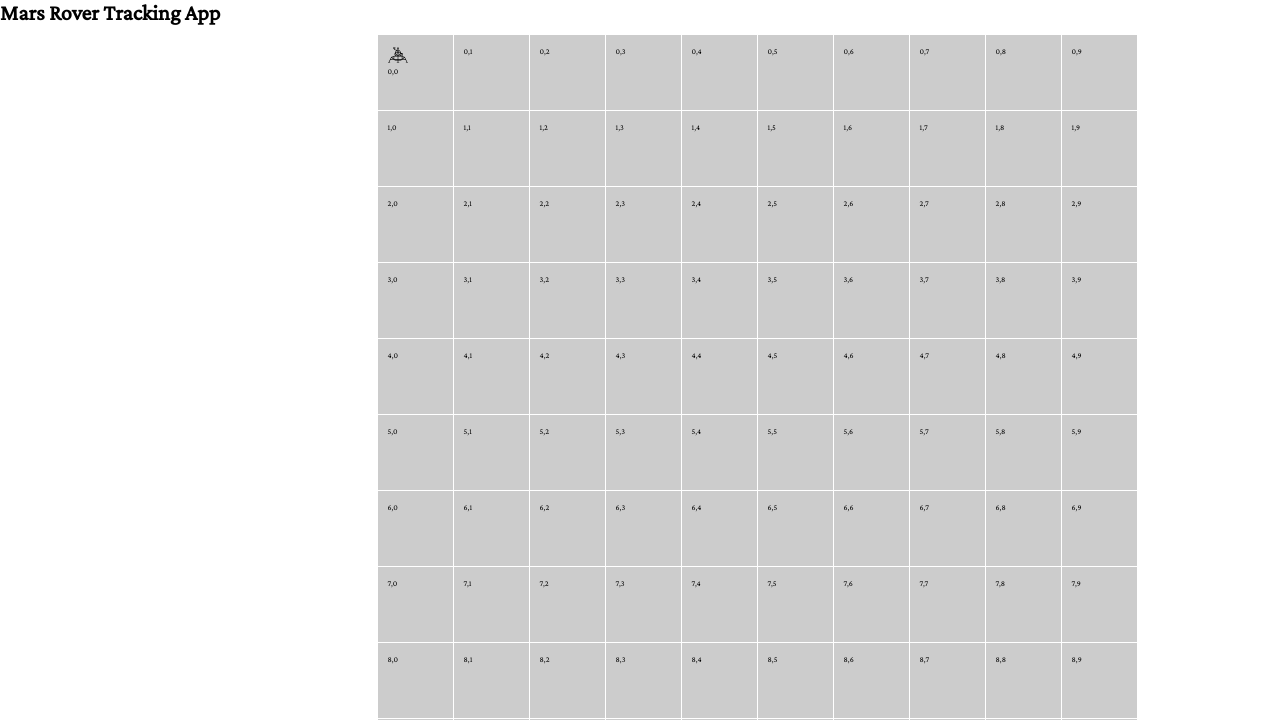
Repository: madhurisandbhor/Rover-Tracking-App
Page: /
These files come from the project's save history. The page is drawn as it stood at one moment and after the next save; the edit follows.
The browser window is 1280 px wide. The pictures show the whole page.
An inner scrolling area shows only its first screen. The project was rebuilt for these pictures with package versions that can differ from the ones it lists, and the page was loaded fresh each time.

Above is the page before, as saved 2021-09-06 19:17:32.

After the next save:
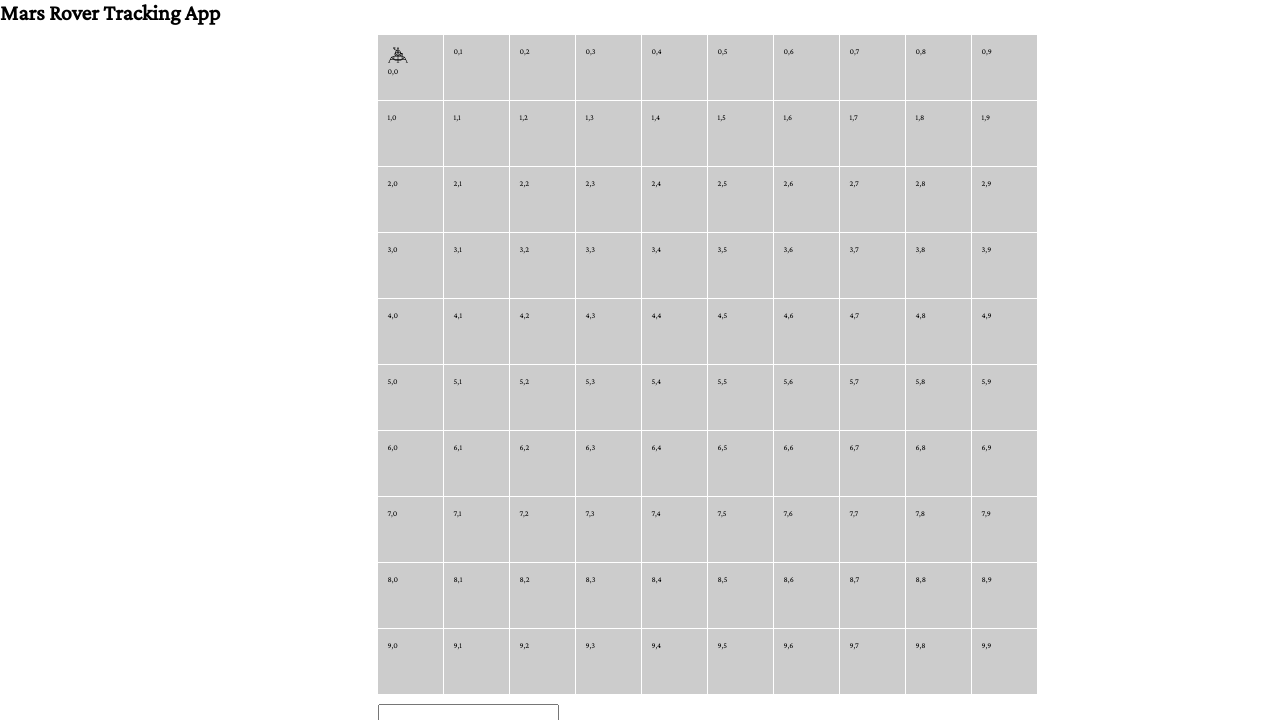
Saved 16 s later.
--- a/src/Grid.jsx
+++ b/src/Grid.jsx
@@ -11,8 +11,8 @@ const wrapper = {
 const grid = {
   margin: '1rem auto',
   display: 'grid',
-  gridTemplateColumns: `repeat(${maxY + 1}, 7.5rem)`,
-  gridTemplateRows: `repeat(${maxX + 1}, 7.5rem)`,
+  gridTemplateColumns: `repeat(${maxY + 1}, 6.5rem)`,
+  gridTemplateRows: `repeat(${maxX + 1}, 6.5rem)`,
   gridGap: '0.1rem',
 }
 
